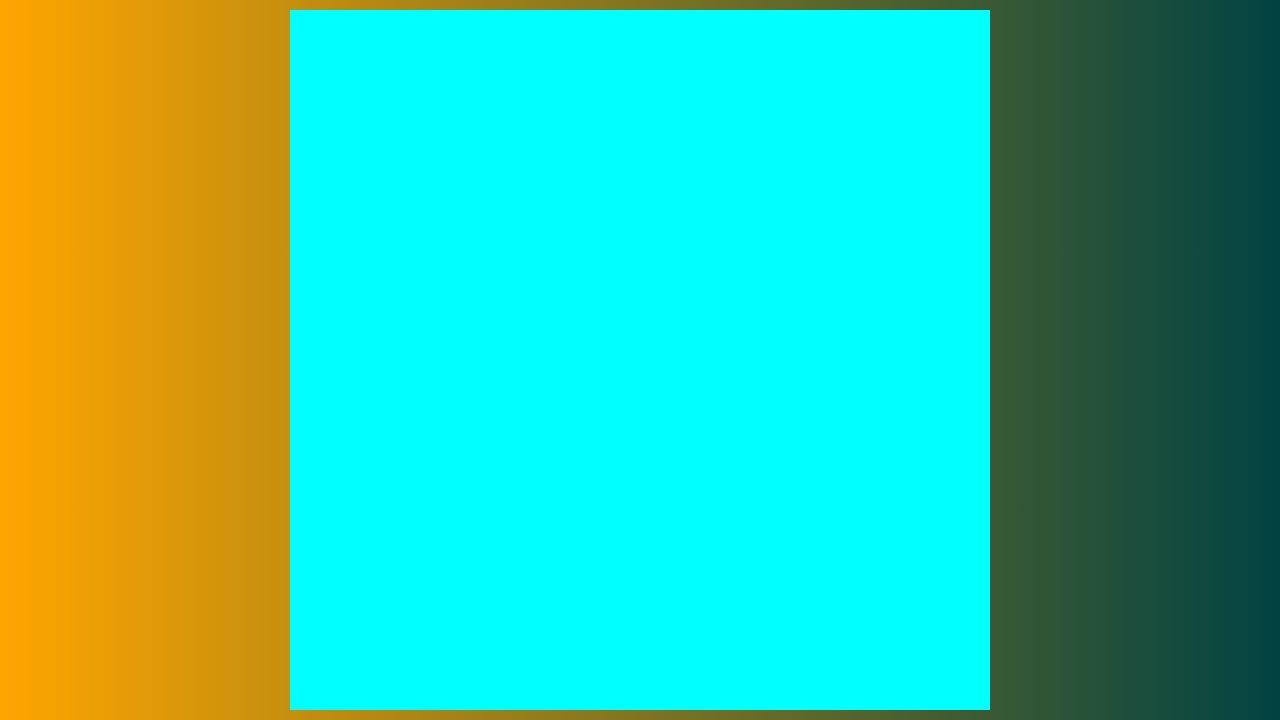
Repository: Alexandru-Morteanu/rodio
Page: /
The author's editor kept a copy of each file at every save. The page is drawn from the files as they stood at one save, then again after the next save.
The browser window is 1280 px wide. The pictures show the whole page.
The project was rebuilt for these pictures with package versions that can differ from the ones it lists, and the page was loaded fresh each time.

Above is the page before, as saved 2023-01-29 18:59:43.

### public/index.html
<!DOCTYPE html>
<html lang="en">
  <head>
    <meta charset="utf-8" />
    <meta name="viewport" content="width=device-width, initial-scale=1" />
    <meta name="theme-color" content="#000000" />

    <title>RODIO</title>
  </head>
  <body>
    <div id="root"></div>
  </body>
</html>

### src/index.css
body {
  background: linear-gradient(to right, orange, rgb(0, 67, 67));
  margin: 0;
  height: 100vh;
  display: flex;
  justify-content: center;
  align-items: center;
}

### src/App.js
import React from 'react';
import './App.css';
import Homepage from "./pages/Homepage.js";
import {
  BrowserRouter as Router,
  Routes,
  Route,
  Link
} from "react-router-dom";
function App() {
  return (
    <div className="App">
      <div className='container'>
      <Router>

          <Routes>
            <Route exact path="/" element={<Homepage />} />
          </Routes>

      </Router>
      </div>
    </div>
  );
}

export default App;

### src/App.css
.App{
  display: flex;
  justify-content: center;
  align-items: center;
}
.container{
  height: 700px;
  width: 700px;
  background-color: aqua;
  text-align: center;
}

### src/pages/Homepage.js
import React from 'react'
import "./Homepage.css"
function Homepage() {
  return (
    <div className='containerHome'>

    </div>
  )
}

export default Homepage

### src/pages/Homepage.css
.containerHome{
    height: 100%;
    width: 100%;
    background-color: aqua;
    text-align: center;
}

Loaded but not shown: src/index.js (common file)

After the next save:
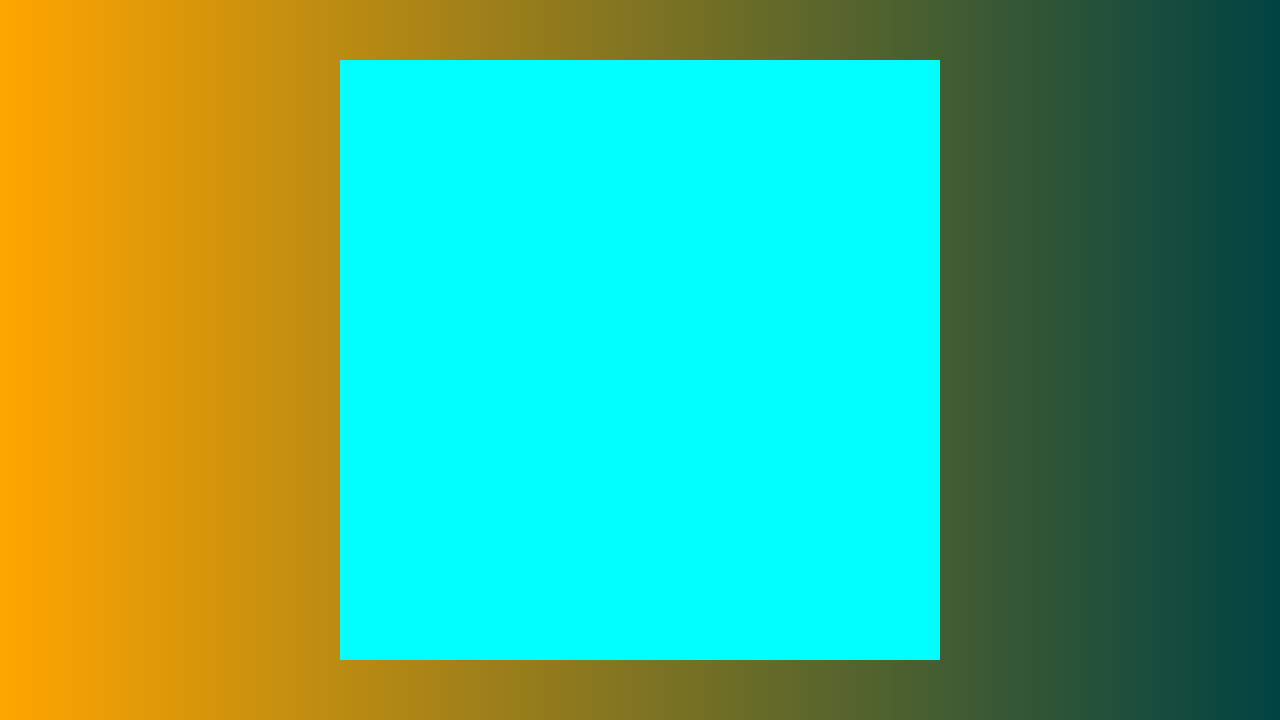
Saved 9 s later.
--- a/src/App.css
+++ b/src/App.css
@@ -4,8 +4,8 @@
   align-items: center;
 }
 .container{
-  height: 700px;
-  width: 700px;
+  height: 600px;
+  width: 600px;
   background-color: aqua;
   text-align: center;
 }
